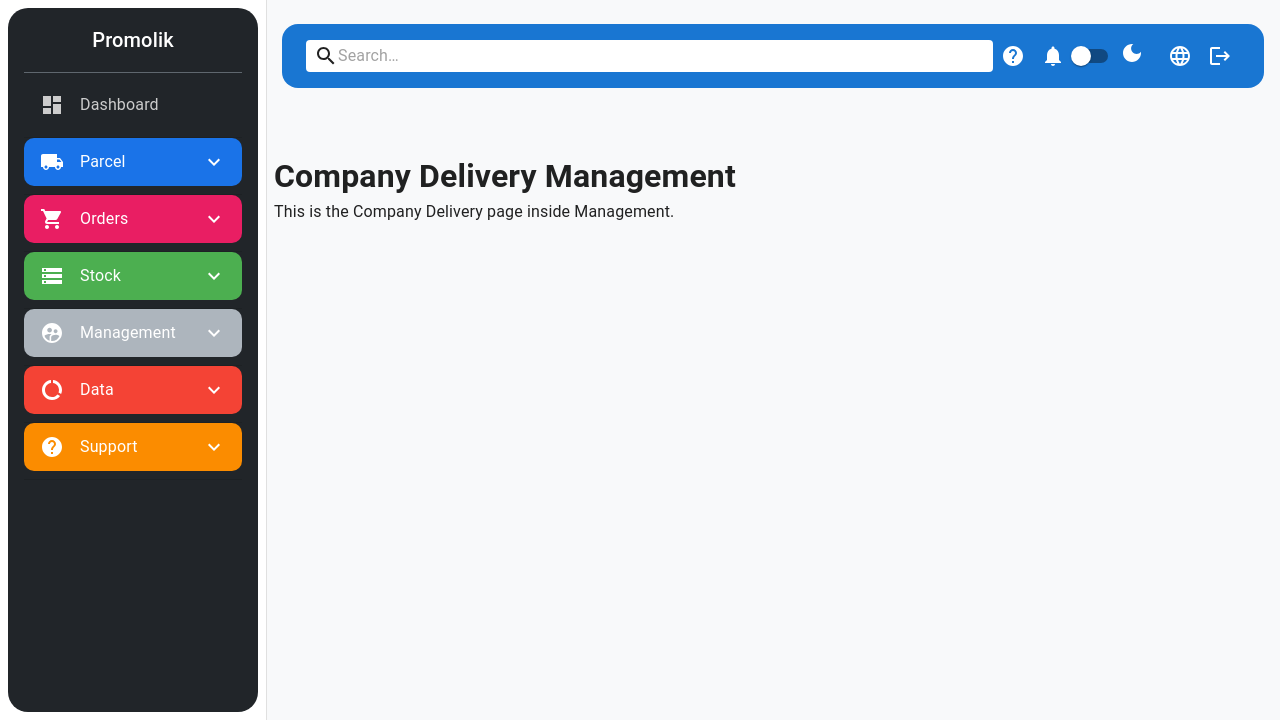
Repository: yosrjdly/stk
Page: /manegement/deliveryCompany (app in dashboard/)
These files come from the project's save history. The page is drawn as it stood at one moment and after a run of saves; the edit follows.
The browser window is 1280 px wide. The pictures show the whole page.
The project was rebuilt for these pictures with package versions that can differ from the ones it lists, and the page was loaded fresh each time. The framework's server and built-in components were replaced by stand-ins that run in the browser. Also part of the build but not shown: dashboard/next.config.ts.

Above is the page before, as saved 2025-02-14 17:10:56.

After the next 3 saves:
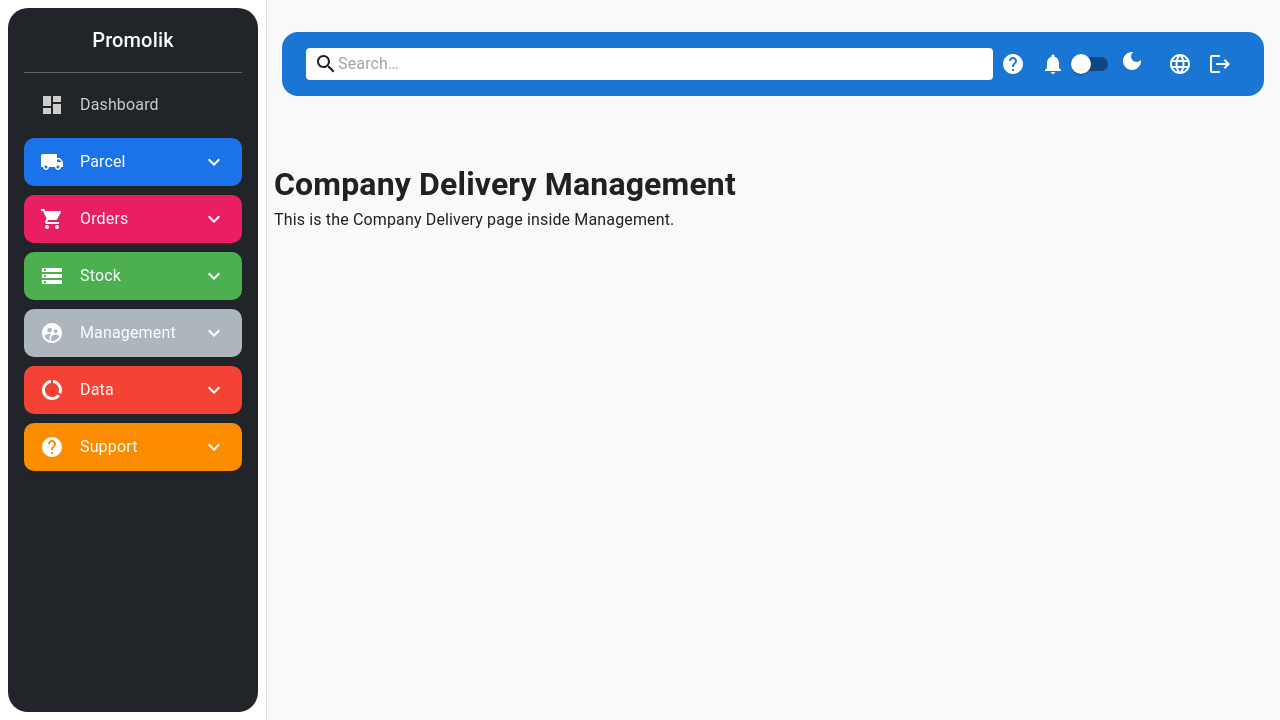
The 3 saves are shown as one change because they came seconds apart.
The last was saved 9 s later.
--- a/dashboard/src/componenets/navbar/Navbar.tsx
+++ b/dashboard/src/componenets/navbar/Navbar.tsx
@@ -29,11 +29,11 @@ const Navbar = () => {
       position="sticky"
       sx={{
         mx: 1,
-        mt: 0,
+        mt: 1,
         borderRadius: '16px',
         boxShadow: 'none',
         backdropFilter: 'blur(10px)',
-        top: '5px',
+        top: '0px',
         zIndex: 1200,
       }}
     >
